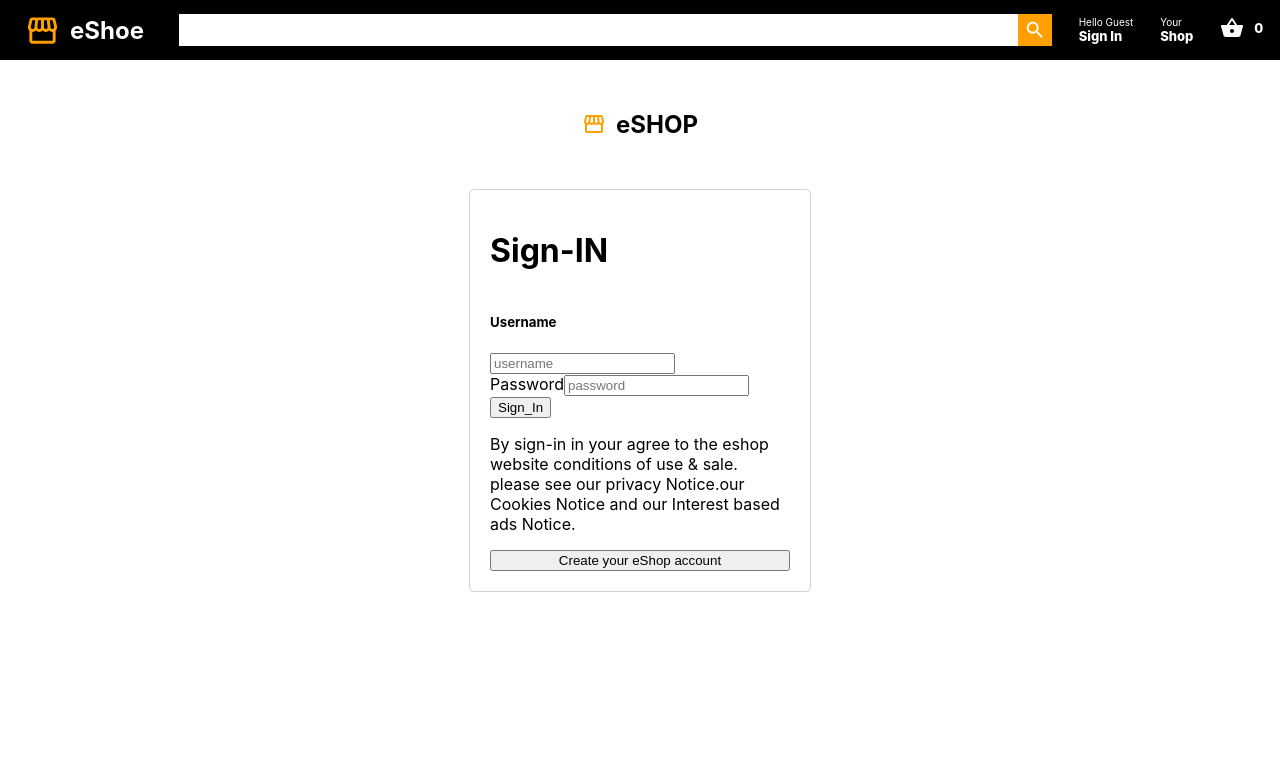
Repository: sandeepreddyvitta/react
Page: /login (app in eshop/)
These files come from the project's save history. The page is drawn as it stood at one moment and after the next save; the edit follows.
The browser window is 1280 px wide. The pictures show the whole page.
The project was rebuilt for these pictures with package versions that can differ from the ones it lists, and the page was loaded fresh each time. Also part of the build but not shown: eshop/src/components/products/product.scss, eshop/src/components/products/Product.js, eshop/src/components/home/home.scss, eshop/src/components/home/Home.js, eshop/src/components/checkOut/checkout.scss, eshop/src/components/checkOut/checkoutproduct.scss, eshop/src/components/checkOut/CheckOutProduct.js, eshop/src/components/checkOut/subtotal.scss and 2 more.

Above is the page before, as saved 2022-12-07 11:43:06.

After the next save:
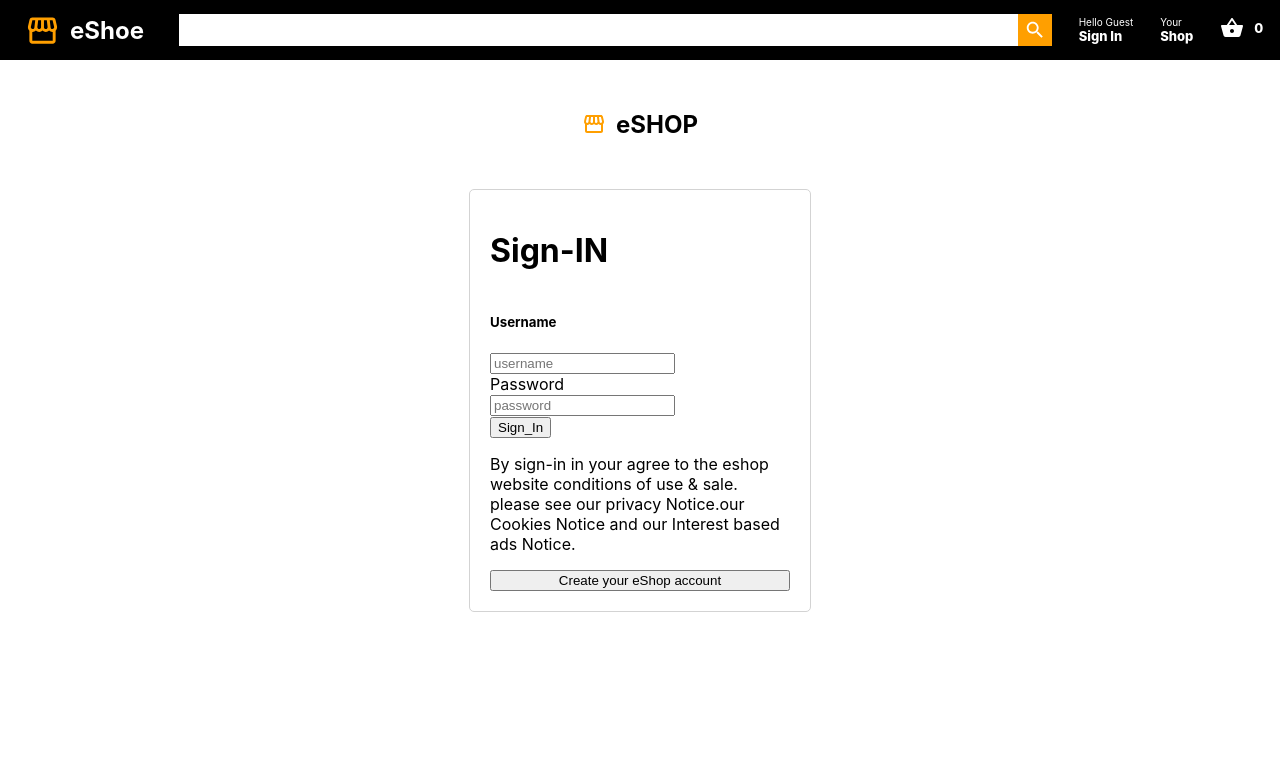
Saved 10 s later.
--- a/eshop/src/components/login/Login.js
+++ b/eshop/src/components/login/Login.js
@@ -19,7 +19,7 @@ const Login = () => {
                 <form>
                     <h5>Username</h5>
                     <input type="text" value={userName} name="userName" onChange={e => setUserName(e.target.value)} placeholder="username" /><br />
-                    <label>Password</label>
+                    <label>Password</label><br />
                     <input type="password" value={password} name="password" onChange={e => setPassword(e.target.value)} placeholder="password" /><br />
                     <button type="submit">Sign_In</button>
                 </form>
